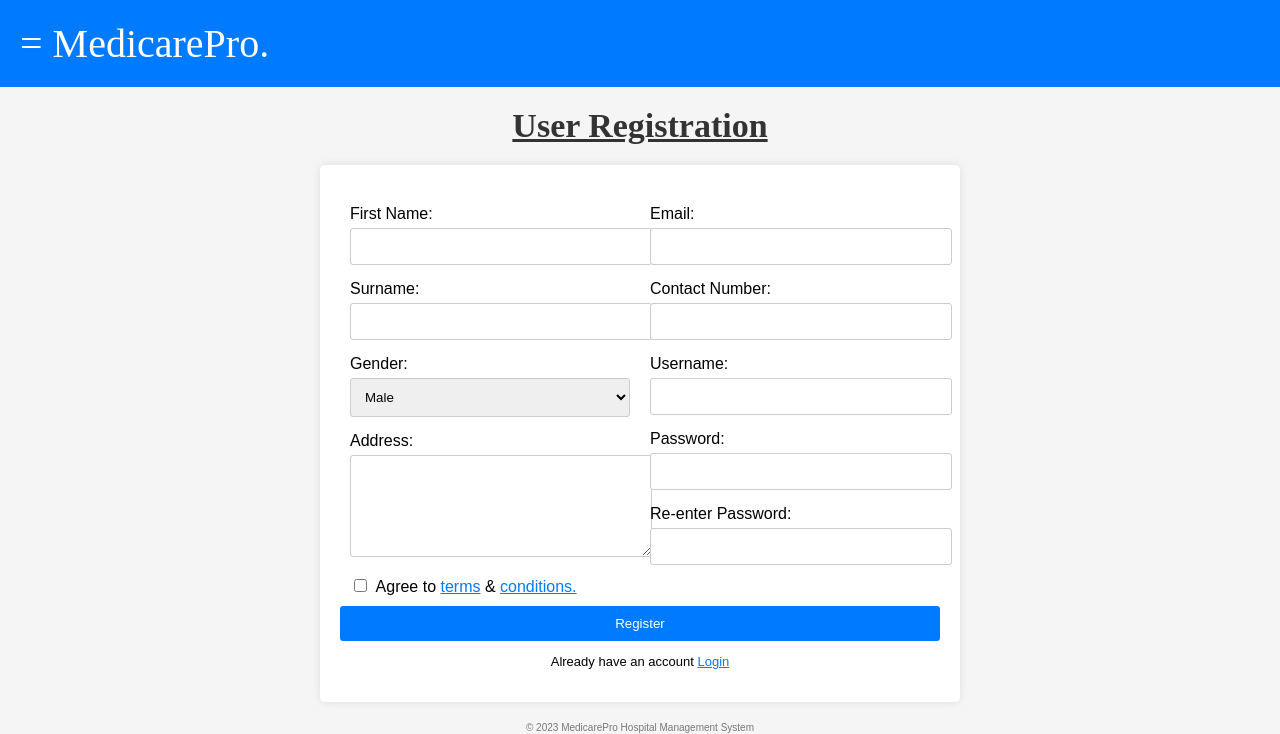
Repository: KarunarathneRR/HospitalManagementSystem
Page: http://localhost/hospital/register.jsp
The author's editor kept a copy of each file at every save. The page is drawn from the files as they stood at one save, then again after the next save.
The browser window is 1280 px wide. The pictures show the whole page.
The page is served by Tomcat 9. Other server files are loaded and not shown.

Above is the page before, as saved 2023-10-27 05:08:08.

### hospital/src/main/webapp/register.jsp
<%@ page language="java" contentType="text/html; charset=ISO-8859-1"
    pageEncoding="ISO-8859-1"%>
<!DOCTYPE html>
<html>
<head>
    <meta charset="ISO-8859-1">
    <title>User Registration</title>
    <style>
        {
            margin: 0;
            padding: 0;
            box-sizing: border-box;
        }

        body {
            font-family: Arial, sans-serif;
            background-color: #f5f5f5;
            text-align: center;
            margin: 0;
            padding: 0;
        }

        nav {
            background-color: #007BFF;
            color: #fff;
            display: flex;
            justify-content: space-between;
            align-items: center;
            padding: 10px 10px;
            margin-top: 0px;
        }

        h1 {
            font-size: 34px;
            text-decoration: underline;
            font-family: "Papyrus", Cursive;
            color: #333;
            margin: 20px 0;
        }

        nav a {
            color: #fff;
            margin: 0px;
            text-decoration: none;
            padding: 10px 10px;
            font-size: 16px;
        }

        form {
            width: 600px;
            margin: 0 auto;
            background-color: #fff;
            padding: 20px;
            border-radius: 5px;
            box-shadow: 0 0 10px rgba(0, 0, 0, 0.1);
        }

        .form-col {
            width: 50%;
            float: left;
            box-sizing: border-box;
            padding: 10px;
        }

        label {
            display: block;
            text-align: left;
            margin-top: 10px;
        }

        input[type="text"],
        input[type="password"],
        input[type="email"],
        input[type="tel"],
        select,
        textarea {
            width: 100%;
            padding: 10px;
            margin: 5px 0;
            border: 1px solid #ccc;
            border-radius: 3px;
        }

        textarea {
            height: 80px;
        }

        input[type="submit"] {
            width: 100%;
            padding: 10px;
            background-color: #007BFF;
            color: #fff;
            border: none;
            border-radius: 3px;
            cursor: pointer;
        }

        input[type="submit"]:hover {
            background-color: #0056b3;
        }

        .checkbox-container {
            display: block;
            text-align: left;
            margin-top: 10px;
        }

        .checkbox-container input {
            display: inline;
            margin-right: 5px;
        }

        footer {
            margin-top: 20px;
            color: #777;
        }
    </style>
</head>
<body>
	<nav>
        <a href="#" style="font-family: Brush Script MT, Cursive; font-size: 40px">= MedicarePro.</a>
    </nav>
    <h1>User Registration</h1>

    <form action="registerservlet" method="post">
        <div class="form-col">
            <label for="firstName">First Name:</label>
            <input type="text" name="firstName" required><br>

            <label for="surname">Surname:</label>
            <input type="text" name="surname" required><br>

            <label for="gender">Gender:</label>
            <select name="gender" required>
                <option value="male">Male</option>
                <option value="female">Female</option>
                <option value="other">Other</option>
            </select><br>

            <label for="address">Address:</label>
            <textarea name="address" rows="4" required></textarea><br>

            <div class="checkbox-container">
                <input type="checkbox" id="terms" required>
                Agree to <a href="terms.html"  style="color: #007BFF">terms</a> & <a href="condition.html"  style="color: #007BFF">conditions.</a></input>
            </div>
        </div>
        <div class="form-col">
            <label for="email">Email:</label>
            <input type="email" name="email" required><br>

            <label for="contactNumber">Contact Number:</label>
            <input type="tel" name="contactNumber" required><br>

            <label for="username">Username:</label>
            <input type="text" name="username" required><br>

            <label for="password">Password:</label>
            <input type="password" name="password" required><br>

            <label for="confirmPassword">Re-enter Password:</label>
            <input type="password" name="confirmPassword" required><br>
        </div>

        <br>
        <input type="submit" value="Register">
        <p style="font-size: 13px">Already have an account <a href="login.jsp" style="color: #007BFF">Login</a></p>
    </form>
    <footer style="font-size: 10px">
        &copy; 2023 MedicarePro Hospital Management System
    </footer>
</body>
</html>

After the next save:
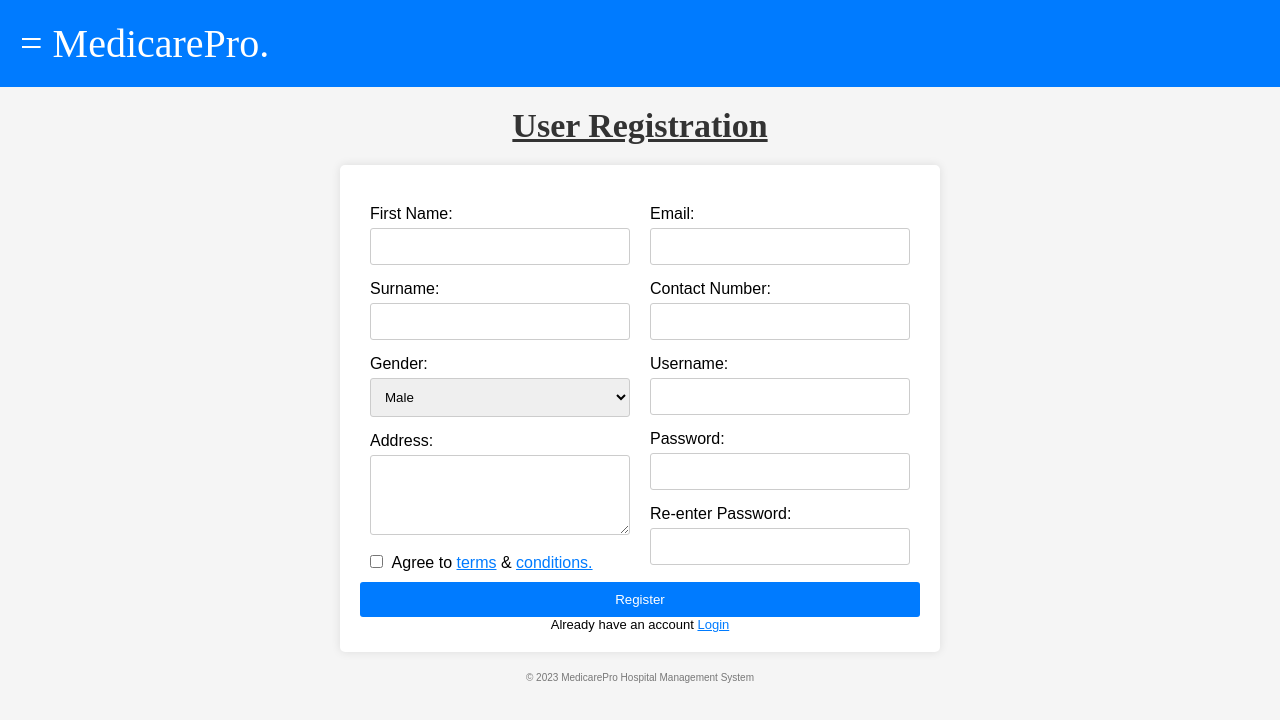
Saved 9 min 30 s later.
--- a/hospital/src/main/webapp/register.jsp
+++ b/hospital/src/main/webapp/register.jsp
@@ -5,8 +5,9 @@
 <head>
     <meta charset="ISO-8859-1">
     <title>User Registration</title>
-    <style>
-        {
+   <style>
+        /* Reset some default styles */
+        * {
             margin: 0;
             padding: 0;
             box-sizing: border-box;
@@ -47,7 +48,7 @@
         }
 
         form {
-            width: 600px;
+            width: 600px; /* Set the total width of the form */
             margin: 0 auto;
             background-color: #fff;
             padding: 20px;
@@ -56,9 +57,9 @@
         }
 
         .form-col {
-            width: 50%;
-            float: left;
-            box-sizing: border-box;
+            width: 50%; /* Each column takes 50% width */
+            float: left; /* Float columns left to create the two-column layout */
+            box-sizing: border-box; /* Include padding and border in the width */
             padding: 10px;
         }
 
@@ -82,7 +83,7 @@
         }
 
         textarea {
-            height: 80px;
+            height: 80px; /* Set the desired height (4 rows) */
         }
 
         input[type="submit"] {
